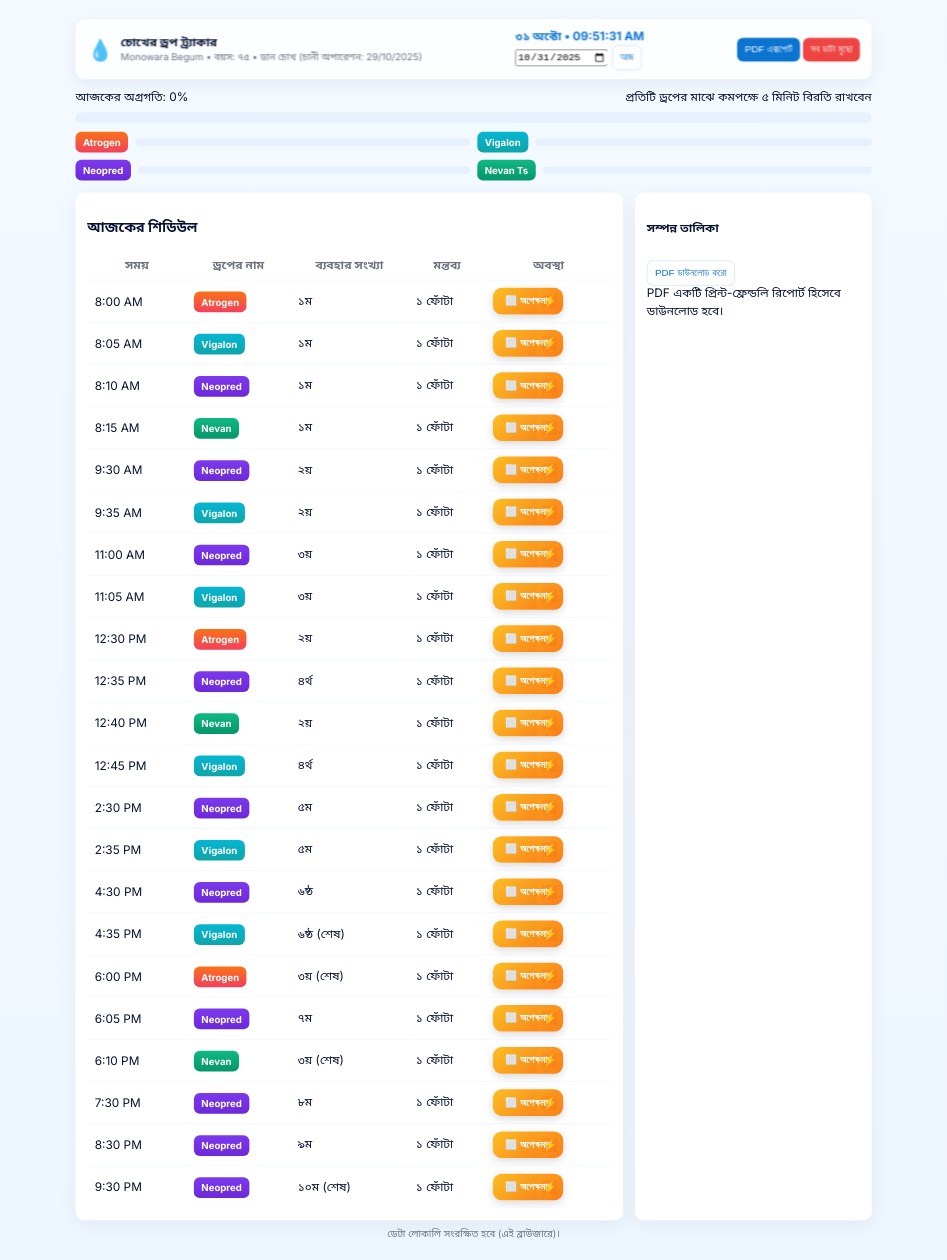
Repository: naimuddin1190/EyeDrop-Tracker
Page: index.html
The author's editor kept a copy of each file at every save. The page is drawn from the files as they stood at one save, then again after a run of saves.
The browser window is 1280 px wide. The pictures show the whole page, at 74% of full size.

Above is the page before, as saved 2025-10-31 10:48:07.

### index.html
<!doctype html>
<html lang="bn">
<head>
  <meta charset="utf-8" />
  <meta name="viewport" content="width=device-width,initial-scale=1" />
  <title>চোখের ড্রপ ট্র্যাকার — Monowara Begum</title>

  <!-- Fonts -->
  <link href="https://fonts.googleapis.com/css2?family=Inter:wght@400;600;700&family=Noto+Sans+Bengali:wght@400;600&display=swap" rel="stylesheet">

  <!-- Styles -->
  <link rel="stylesheet" href="styles.css">

  <!-- html2pdf -->
  <script src="https://unpkg.com/html2pdf.js@0.9.3/dist/html2pdf.bundle.min.js"></script>
</head>
<body>
  <div class="app">
    <header class="topbar">
      <div class="brand">
        <div class="logo">💧</div>
        <div>
          <div class="title">চোখের ড্রপ ট্র্যাকার</div>
          <div class="subtitle">Monowara Begum • বয়স: ৭৫ • ডান চোখ (চানী অপারেশন: 29/10/2025)</div>
        </div>
      </div>

      <div class="top-center">
        <div class="live-time" id="liveTime">—:—</div>
        <div class="date-controls">
          <input type="date" id="viewDate">
          <button id="todayBtn" class="btn ghost">আজ</button>
        </div>
      </div>

      <div class="top-right">
        <button id="exportPdf" class="btn">PDF এক্সপোর্ট</button>
        <button id="clearAll" class="btn danger">সব ডাটা মুছো</button>
      </div>
    </header>

    <!-- Overall progress -->
    <section class="progress-wrap">
      <div class="progress-info">
        <div id="progressText">আজকের অগ্রগতি: 0%</div>
        <div class="small-note">প্রতিটি ড্রপের মাঝে কমপক্ষে ৫ মিনিট বিরতি রাখবেন</div>
      </div>
      <div class="progress-bar-bg">
        <div id="progressBar" class="progress-bar-fill"></div>
      </div>
    </section>

    <!-- 4 individual medicine progress -->
    <section class="progress-multi">
      <div class="med-progress">
        <span class="med-badge med-atrogen">Atrogen</span>
        <div class="progress-bar-bg small"><div id="prog-atrogen" class="progress-bar-fill"></div></div>
      </div>
      <div class="med-progress">
        <span class="med-badge med-vigalon">Vigalon</span>
        <div class="progress-bar-bg small"><div id="prog-vigalon" class="progress-bar-fill"></div></div>
      </div>
      <div class="med-progress">
        <span class="med-badge med-neopred">Neopred</span>
        <div class="progress-bar-bg small"><div id="prog-neopred" class="progress-bar-fill"></div></div>
      </div>
      <div class="med-progress">
        <span class="med-badge med-nevan">Nevan Ts</span>
        <div class="progress-bar-bg small"><div id="prog-nevan" class="progress-bar-fill"></div></div>
      </div>
    </section>

    <!-- Main area -->
    <main class="content">
      <section class="card schedule-card">
        <h3>আজকের শিডিউল</h3>
        <div class="table-wrap">
          <table id="scheduleTable" class="schedule-table">
            <thead>
              <tr>
                <th>সময়</th>
                <th>ড্রপের নাম</th>
                <th>ব্যবহার সংখ্যা</th>
                <th>মন্তব্য</th>
                <th>অবস্থা</th>
              </tr>
            </thead>
            <tbody id="scheduleBody"></tbody>
          </table>
        </div>
      </section>

      <aside class="card side-card">
        <h4>সম্পন্ন তালিকা</h4>
        <ul id="completedList" class="completed-list"></ul>
        <div class="side-actions">
          <button id="exportPdfManual" class="btn ghost">PDF ডাউনলোড করো</button>
          <div class="small-note">PDF একটি প্রিন্ট-ফ্রেন্ডলি রিপোর্ট হিসেবে ডাউনলোড হবে।</div>
        </div>
      </aside>
    </main>

    <div id="pdfContainer" style="display:none;"></div>
    <footer class="footer">ডেটা লোকালি সংরক্ষিত হবে (এই ব্রাউজারে)।</footer>
  </div>

  <script src="https://cdnjs.cloudflare.com/ajax/libs/html2pdf.js/0.10.1/html2pdf.bundle.min.js"></script>

  <script src="app.js"></script>
</body>
</html>

### styles.css
:root{
  --bg:#f6fbff;
  --card:#ffffff;
  --accent:#0b74d1;
  --accent-2:#7c3aed;
  --muted:#6b7280;
  --green:#10b981;
  --danger:#ef4444;
}

*{box-sizing:border-box}
body{
  margin:0;
  font-family:"Inter","Noto Sans Bengali",system-ui;
  background:linear-gradient(180deg,#f3f9ff 0%,#eef6ff 100%);
  color:#071233;
}

/* Container */
.app{max-width:1100px;margin:14px auto;padding:12px;}

/* Topbar */
.topbar{
  display:flex;align-items:center;justify-content:space-between;
  gap:12px;padding:12px 16px;border-radius:12px;
  background:rgba(255,255,255,0.8);box-shadow:0 6px 22px rgba(9,30,66,0.08);
  backdrop-filter:blur(6px);flex-wrap:wrap;
}
.brand{display:flex;align-items:center;gap:10px}
.logo{font-size:28px}
.title{font-weight:700;font-size:16px}
.subtitle{font-size:13px;color:var(--muted)}
.live-time{color:var(--accent);font-weight:700}
.btn{background:var(--accent);color:#fff;padding:8px 10px;border-radius:8px;border:0;cursor:pointer}
.btn.ghost{background:transparent;color:var(--accent);border:1px solid rgba(11,116,209,0.2)}
.btn.danger{background:var(--danger)}
.date-controls{display:flex;align-items:center;gap:6px}

/* Progress */
.progress-wrap{margin-top:14px;display:flex;flex-direction:column;gap:8px}
.progress-bar-bg{height:14px;background:#e6f0ff;border-radius:12px;overflow:hidden}
.progress-bar-fill{height:100%;width:0%;background:linear-gradient(90deg,var(--accent),var(--accent-2));transition:width 400ms ease}
.progress-info{display:flex;justify-content:space-between;align-items:center}

/* Small individual bars */
.progress-multi{display:grid;grid-template-columns:1fr 1fr;gap:10px;margin-top:12px;}
.med-progress{display:flex;align-items:center;gap:10px}
.progress-bar-bg.small{flex:1;height:10px}
.med-badge{padding:6px 10px;border-radius:8px;color:#fff;font-weight:700;font-size:13px}
.med-atrogen{background:linear-gradient(180deg,#f97316,#f43f5e)}
.med-vigalon{background:linear-gradient(180deg,#06b6d4,#0ea5a9)}
.med-neopred{background:linear-gradient(180deg,#7c3aed,#6d28d9)}
.med-nevan{background:linear-gradient(180deg,#10b981,#059669)}

/* Layout */
.content{display:grid;grid-template-columns:1fr 320px;gap:16px;margin-top:16px}
.card{background:var(--card);padding:16px;border-radius:12px;box-shadow:0 8px 28px rgba(13,27,65,0.06)}
.table-wrap{overflow:auto}

/* Table */
.schedule-table{width:100%;border-collapse:collapse;min-width:560px}
.schedule-table th{padding:8px;border-bottom:1px solid #eef4ff;color:var(--muted)}
.schedule-table td{padding:10px;border-bottom:1px solid #f1f7ff}

/* Completed list */
.completed-list{list-style:none;padding:0;margin:0;max-height:300px;overflow:auto}
.completed-list li{background:#f3f9ff;padding:8px;margin-bottom:6px;border-radius:8px;font-weight:600;color:#073257}
.side-actions{margin-top:10px}

/* Footer */
.footer{text-align:center;font-size:13px;color:var(--muted);margin-top:10px}


/* mark button — pending */
.mark-btn {
  position: relative;
  padding: 10px 16px;
  border-radius: 12px;
  border: none;
  cursor: pointer;
  font-weight: 700;
  background: linear-gradient(135deg, #fbbf24, #f97316); /* orange gradient */
  color: white;
  box-shadow: 0 4px 12px rgba(0,0,0,0.15);
  transition: transform 0.2s ease, box-shadow 0.2s ease;
  overflow: hidden;
}

/* hover effect */
.mark-btn:hover {
  transform: scale(1.05);
  box-shadow: 0 6px 18px rgba(0,0,0,0.25);
}

/* pulse animation */
@keyframes pulse {
  0% { box-shadow: 0 0 0 0 rgba(251,191,36,0.7); }
  70% { box-shadow: 0 0 0 10px rgba(251,191,36,0); }
  100% { box-shadow: 0 0 0 0 rgba(251,191,36,0); }
}

.mark-btn.pending::after {
  content: "⚡"; /* optional icon inside button */
  position: absolute;
  right: 8px;
  top: 50%;
  transform: translateY(-50%);
  font-size: 16px;
  animation: pulse 1.5s infinite;
}

/* completed button */
.mark-btn.done {
  background: linear-gradient(90deg,#10b981,#34d399); /* green gradient */
  color: #fff;
  box-shadow: 0 4px 12px rgba(16,185,129,0.35);
}

.mark-btn.done::after {
  content: "✅";
  right: 8px;
  top: 50%;
  transform: translateY(-50%);
  font-size: 16px;
  animation: none;
}

/* Responsive */
@media(max-width:900px){
  .content{grid-template-columns:1fr}
  .progress-multi{grid-template-columns:1fr}
}

### app.js
/* app.js — বাংলা UI + ৪টি ড্রপের প্রগ্রেস বার + সম্পন্ন তালিকা PDF + eye-catching অপেক্ষমাণ button */

const scheduleData = [
  ["8:00 AM", "Atrogen 1%", "১ম", "১ ফোঁটা", "atrogen"],
  ["8:05 AM", "Vigalon", "১ম", "১ ফোঁটা", "vigalon"],
  ["8:10 AM", "Neopred", "১ম", "১ ফোঁটা", "neopred"],
  ["8:15 AM", "Nevan Ts", "১ম", "১ ফোঁটা", "nevan"],
  ["9:30 AM", "Neopred", "২য়", "১ ফোঁটা", "neopred"],
  ["9:35 AM", "Vigalon", "২য়", "১ ফোঁটা", "vigalon"],
  ["11:00 AM", "Neopred", "৩য়", "১ ফোঁটা", "neopred"],
  ["11:05 AM", "Vigalon", "৩য়", "১ ফোঁটা", "vigalon"],
  ["12:30 PM", "Atrogen 1%", "২য়", "১ ফোঁটা", "atrogen"],
  ["12:35 PM", "Neopred", "৪র্থ", "১ ফোঁটা", "neopred"],
  ["12:40 PM", "Nevan Ts", "২য়", "১ ফোঁটা", "nevan"],
  ["12:45 PM", "Vigalon", "৪র্থ", "১ ফোঁটা", "vigalon"],
  ["2:30 PM", "Neopred", "৫ম", "১ ফোঁটা", "neopred"],
  ["2:35 PM", "Vigalon", "৫ম", "১ ফোঁটা", "vigalon"],
  ["4:30 PM", "Neopred", "৬ষ্ঠ", "১ ফোঁটা", "neopred"],
  ["4:35 PM", "Vigalon", "৬ষ্ঠ (শেষ)", "১ ফোঁটা", "vigalon"],
  ["6:00 PM", "Atrogen 1%", "৩য় (শেষ)", "১ ফোঁটা", "atrogen"],
  ["6:05 PM", "Neopred", "৭ম", "১ ফোঁটা", "neopred"],
  ["6:10 PM", "Nevan Ts", "৩য় (শেষ)", "১ ফোঁটা", "nevan"],
  ["7:30 PM", "Neopred", "৮ম", "১ ফোঁটা", "neopred"],
  ["8:30 PM", "Neopred", "৯ম", "১ ফোঁটা", "neopred"],
  ["9:30 PM", "Neopred", "১০ম (শেষ)", "১ ফোঁটা", "neopred"]
];

const scheduleBody=document.getElementById('scheduleBody');
const completedList=document.getElementById('completedList');
const progressBar=document.getElementById('progressBar');
const progressText=document.getElementById('progressText');
const liveTime=document.getElementById('liveTime');
const viewDate=document.getElementById('viewDate');
const todayBtn=document.getElementById('todayBtn');
const exportPdf=document.getElementById('exportPdf');
const exportPdfManual=document.getElementById('exportPdfManual');
const clearAll=document.getElementById('clearAll');
const pdfContainer=document.getElementById('pdfContainer');

// ৪টি আলাদা প্রগ্রেস বারের রেফারেন্স
const progBars={
  atrogen:document.getElementById('prog-atrogen'),
  vigalon:document.getElementById('prog-vigalon'),
  neopred:document.getElementById('prog-neopred'),
  nevan:document.getElementById('prog-nevan')
};

const TOTAL=scheduleData.length;

// আজকের তারিখ
function isoToday(d=new Date()){return new Date(d.getTime()-d.getTimezoneOffset()*60000).toISOString().slice(0,10);}
viewDate.value=isoToday();

// সময় আপডেট
function updateClock(){
  const n=new Date();
  liveTime.textContent=n.toLocaleDateString('bn-BD',{month:'short',day:'numeric'})+' • '+n.toLocaleTimeString([], {hour:'2-digit',minute:'2-digit',second:'2-digit'});
}
setInterval(updateClock,1000);updateClock();

// Storage
function keyFor(d){return 'eyedrop_'+d;}
function loadDay(d){
  const raw=localStorage.getItem(keyFor(d));
  if(!raw){
    const obj=scheduleData.map((r,i)=>({idx:i,time:r[0],med:r[1],count:r[2],note:r[3],tag:r[4],taken:false}));
    localStorage.setItem(keyFor(d),JSON.stringify(obj));
    return obj;
  }
  return JSON.parse(raw);
}
function saveDay(d,arr){localStorage.setItem(keyFor(d),JSON.stringify(arr));}

// Render Table + Completed List
function render(){
  const dateStr=viewDate.value;
  const day=loadDay(dateStr);
  scheduleBody.innerHTML='';completedList.innerHTML='';

  day.forEach(it=>{
    const tr=document.createElement('tr');
    const medBadge=`<span class="med-badge med-${it.tag}">${it.med.split(' ')[0]}</span>`;
    tr.innerHTML=`<td>${it.time}</td>
                    <td>${medBadge}</td>
                    <td>${it.count}</td>
                    <td>${it.note}</td>
                    <td><button class="mark-btn ${it.taken?'done':'pending'}" data-idx="${it.idx}">${it.taken?'✅ সম্পন্ন':'⬜ অপেক্ষমাণ'}</button></td>`;
    scheduleBody.appendChild(tr);

    // সম্পন্ন তালিকায় যোগ
    if(it.taken){
      const li=document.createElement('li');
      li.textContent=`${it.time} — ${it.med} (${it.count})`;
      completedList.appendChild(li);
    }
  });

  document.querySelectorAll('.mark-btn').forEach(btn=>{
    btn.onclick=()=>{toggleTaken(dateStr,parseInt(btn.dataset.idx));};
  });

  updateProgressUI(day);
}

// Toggle Taken
function toggleTaken(d,idx){
  const day=loadDay(d);
  const item=day.find(i=>i.idx===idx);
  item.taken=!item.taken; // এক ক্লিক = ১ ফোঁটা
  saveDay(d,day);
  render();
}

// Progress Bar আপডেট
function updateProgressUI(day){
  const done=day.filter(d=>d.taken).length;
  const percent=Math.round((done/TOTAL)*100);
  progressBar.style.width=percent+'%';
  progressText.textContent=`আজকের অগ্রগতি: ${percent}%`;

  // ৪টি আলাদা প্রগ্রেস বার
  ['atrogen','vigalon','neopred','nevan'].forEach(tag=>{
    const total=day.filter(d=>d.tag===tag).length;
    const done=day.filter(d=>d.tag===tag && d.taken).length;
    const p=Math.round((done/total)*100);
    progBars[tag].style.width=p+'%';
  });
}

// Buttons
todayBtn.onclick=()=>{viewDate.value=isoToday();render();};
viewDate.onchange=()=>render();
clearAll.onclick=()=>{
  if(confirm("সব ডাটা মুছে ফেলতে চাও?")){
    Object.keys(localStorage).forEach(k=>{
      if(k.startsWith('eyedrop_')) localStorage.removeItem(k);
    });
    render();
  }
}

// PDF Export (শুধু সম্পন্ন তালিকা / টেবিল)
function generateTablePDF() {
  const dateStr = viewDate.value;
  const day = loadDay(dateStr);

  let tableHtml = `<h2 style="margin:0 0 6px 0">চোখের ড্রপ রিপোর্ট</h2>
  <div style="font-size:14px;color:#333;margin-bottom:6px">তারিখ: ${dateStr}</div>
  <table style="width:100%;border-collapse:collapse;font-size:14px">
    <thead>
      <tr>
        <th style="text-align:left;padding:6px;border-bottom:1px solid #ddd">সময়</th>
        <th style="text-align:left;padding:6px;border-bottom:1px solid #ddd">ড্রপ</th>
        <th style="padding:6px;border-bottom:1px solid #ddd">ব্যবহার সংখ্যা</th>
        <th style="padding:6px;border-bottom:1px solid #ddd">মন্তব্য</th>
        <th style="padding:6px;border-bottom:1px solid #ddd">অবস্থা</th>
      </tr>
    </thead>
    <tbody>`;

  day.forEach(it=>{
    tableHtml += `<tr>
      <td style="padding:6px;border-bottom:1px solid #f2f2f2">${it.time}</td>
      <td style="padding:6px;border-bottom:1px solid #f2f2f2">${it.med}</td>
      <td style="padding:6px;border-bottom:1px solid #f2f2f2">${it.count}</td>
      <td style="padding:6px;border-bottom:1px solid #f2f2f2">${it.note}</td>
      <td style="padding:6px;border-bottom:1px solid #f2f2f2">${it.taken?'✅ সম্পন্ন':'⬜ অপেক্ষমাণ'}</td>
    </tr>`;
  });

  tableHtml += `</tbody></table>`;
  pdfContainer.innerHTML = tableHtml;

  const opt = {
    margin: 0.5,
    filename: `EyeDrop_${dateStr}.pdf`,
    image: { type: 'jpeg', quality: 0.98 },
    html2canvas: { scale: 2 },
    jsPDF: { unit: 'in', format: 'a4', orientation: 'portrait' }
  };

  html2pdf().set(opt).from(pdfContainer).save();
}

// Attach PDF buttons
exportPdf.onclick = generateTablePDF;
exportPdfManual.onclick = generateTablePDF;

// Initial Render
render();

After the next 2 saves:
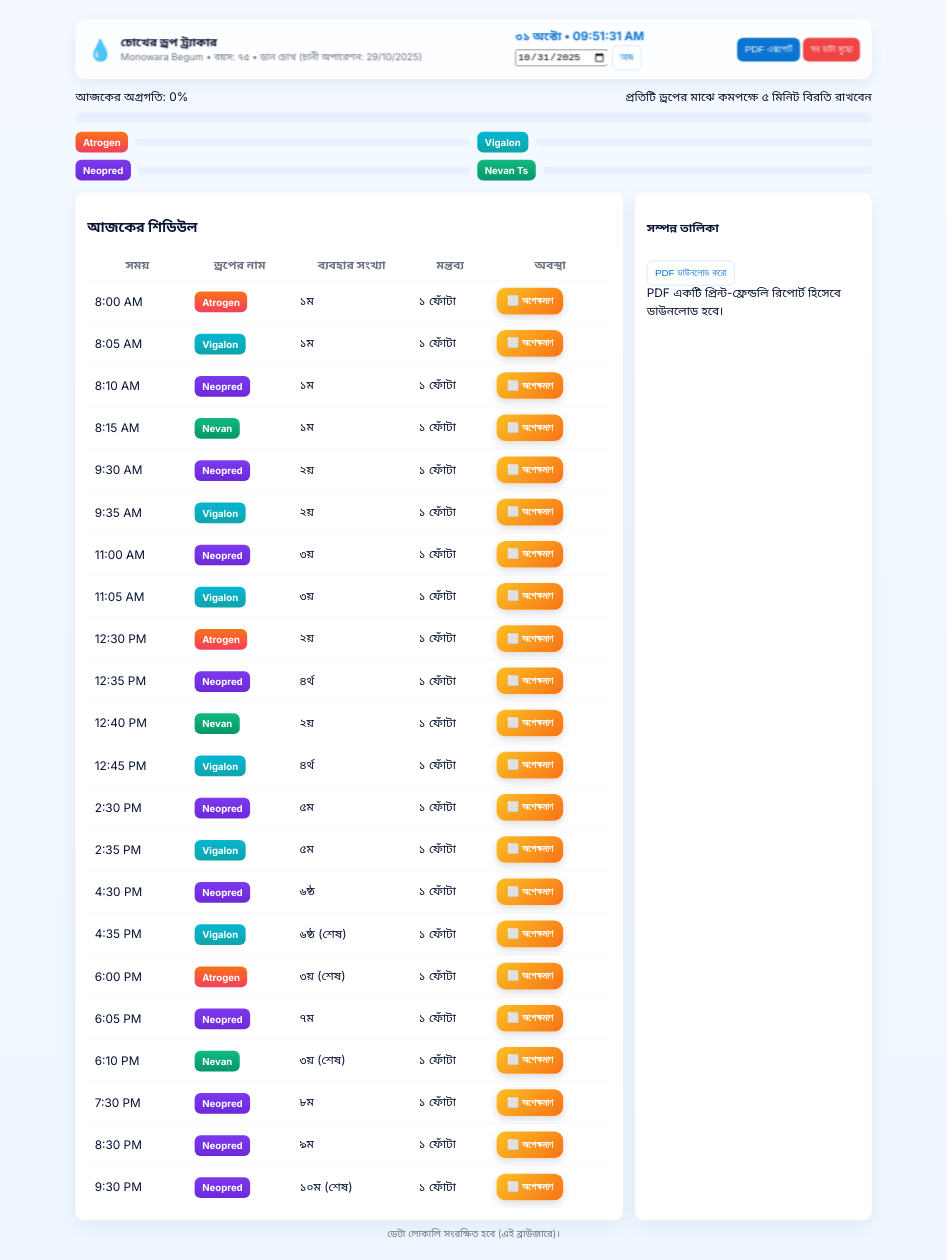
The 2 saves are shown as one change because they came seconds apart.
The last was saved 65 s later.
--- a/styles.css
+++ b/styles.css
@@ -71,10 +71,8 @@ body{
 .footer{text-align:center;font-size:13px;color:var(--muted);margin-top:10px}
 
 
-/* mark button — pending */
 .mark-btn {
-  position: relative;
-  padding: 10px 16px;
+  padding: 10px 14px;
   border-radius: 12px;
   border: none;
   cursor: pointer;
@@ -83,46 +81,17 @@ body{
   color: white;
   box-shadow: 0 4px 12px rgba(0,0,0,0.15);
   transition: transform 0.2s ease, box-shadow 0.2s ease;
-  overflow: hidden;
 }
 
-/* hover effect */
 .mark-btn:hover {
   transform: scale(1.05);
   box-shadow: 0 6px 18px rgba(0,0,0,0.25);
 }
 
-/* pulse animation */
-@keyframes pulse {
-  0% { box-shadow: 0 0 0 0 rgba(251,191,36,0.7); }
-  70% { box-shadow: 0 0 0 10px rgba(251,191,36,0); }
-  100% { box-shadow: 0 0 0 0 rgba(251,191,36,0); }
-}
-
-.mark-btn.pending::after {
-  content: "⚡"; /* optional icon inside button */
-  position: absolute;
-  right: 8px;
-  top: 50%;
-  transform: translateY(-50%);
-  font-size: 16px;
-  animation: pulse 1.5s infinite;
-}
-
-/* completed button */
 .mark-btn.done {
-  background: linear-gradient(90deg,#10b981,#34d399); /* green gradient */
+  background: linear-gradient(90deg,#10b981,#34d399); /* green for completed */
   color: #fff;
   box-shadow: 0 4px 12px rgba(16,185,129,0.35);
-}
-
-.mark-btn.done::after {
-  content: "✅";
-  right: 8px;
-  top: 50%;
-  transform: translateY(-50%);
-  font-size: 16px;
-  animation: none;
 }
 
 /* Responsive */
